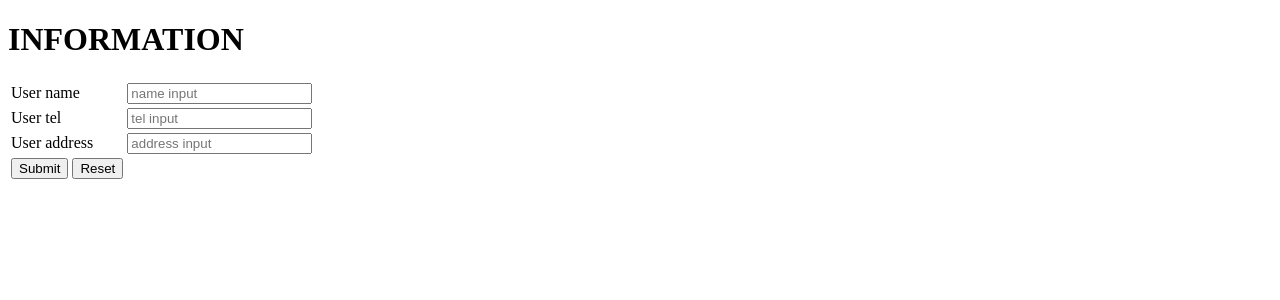
Repository: uhzoo0916/JSP_Servlet
Page: workspace/day54_servlet/WebContent/html/infoForm.html
The author's editor kept a copy of each file at every save. The page is drawn from the files as they stood at one save, then again after the next save.
The browser window is 1280 px wide. The pictures show the whole page.

Above is the page before, as saved 2023-06-12 08:10:27.

### workspace/day54_servlet/WebContent/html/infoForm.html
<!DOCTYPE html>
<html><head><meta charset="UTF-8">
<title> infoForm.html </title>

<script defer type ="text/javascript" src ="../js/info.js"></script>

</head>

<body>

<h1>INFORMATION</h1>
<table>
	<form action="../info" method="post" name = "frm">
		<tr>
			<td>User name</td>
			<td><input type="text" name="name" placeholder="name input"></td>
		</tr>
		<tr>
			<td>User tel</td>
			<td><input type="tel" name="tel" placeholder="tel input"></td>
		</tr>

		<tr>
			<td>User address</td>
			<td><input type="address" name="address" placeholder="address input"></td>
		</tr>

		<tr>
			<td>
			<input type="submit" value="Submit" onclick="sendData()">
			<input type="reset" value="Reset">
			</td>
		</tr>
	</form>
</table>

</body>
</html>

### workspace/day54_servlet/WebContent/js/info.js
/** info.js
 *
 */

 function sendData(){
	let f = document.frm;

	if(f.name.value ===""){
		window.alert("이름은 필수 사항 입니다.")
		f.name.focus();
		return false;
	}

	if(f.name.value.length<1 || f.name.value.length>5){
		window.alert("제대로된 이름입력 ")
		f.name.focus();
		return false;
	}
	if(f.tel.value ===""){
		window.alert("연락처는 필수 사항 입니다.")
		f.tel.focus();
		return false;
	}

	if(f.address.value ===""){
		window.alert("주소를 입력하세요.")
		f.address.focus();
		return false;
	}
}

After the next save:
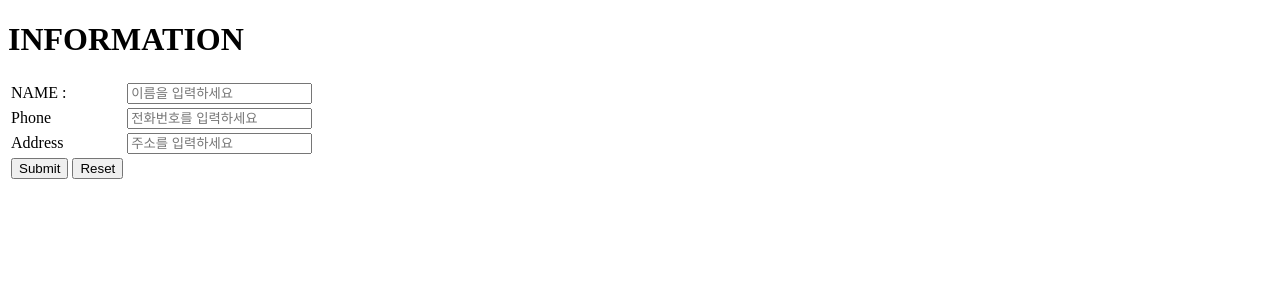
Saved 2 min 29 s later.
--- a/workspace/day54_servlet/WebContent/html/infoForm.html
+++ b/workspace/day54_servlet/WebContent/html/infoForm.html
@@ -12,17 +12,17 @@
 <table>
 	<form action="../info" method="post" name = "frm">
 		<tr>
-			<td>User name</td>
-			<td><input type="text" name="name" placeholder="name input"></td>
+			<td>NAME :</td>
+			<td><input type="text" name="name" placeholder="이름을 입력하세요"></td>
 		</tr>
 		<tr>
-			<td>User tel</td>
-			<td><input type="tel" name="tel" placeholder="tel input"></td>
+			<td>Phone</td>
+			<td><input type="tel" name="tel" placeholder="전화번호를 입력하세요"></td>
 		</tr>
 
 		<tr>
-			<td>User address</td>
-			<td><input type="address" name="address" placeholder="address input"></td>
+			<td>Address</td>
+			<td><input type="text" name="address" placeholder="주소를 입력하세요"></td>
 		</tr>
 
 		<tr>
